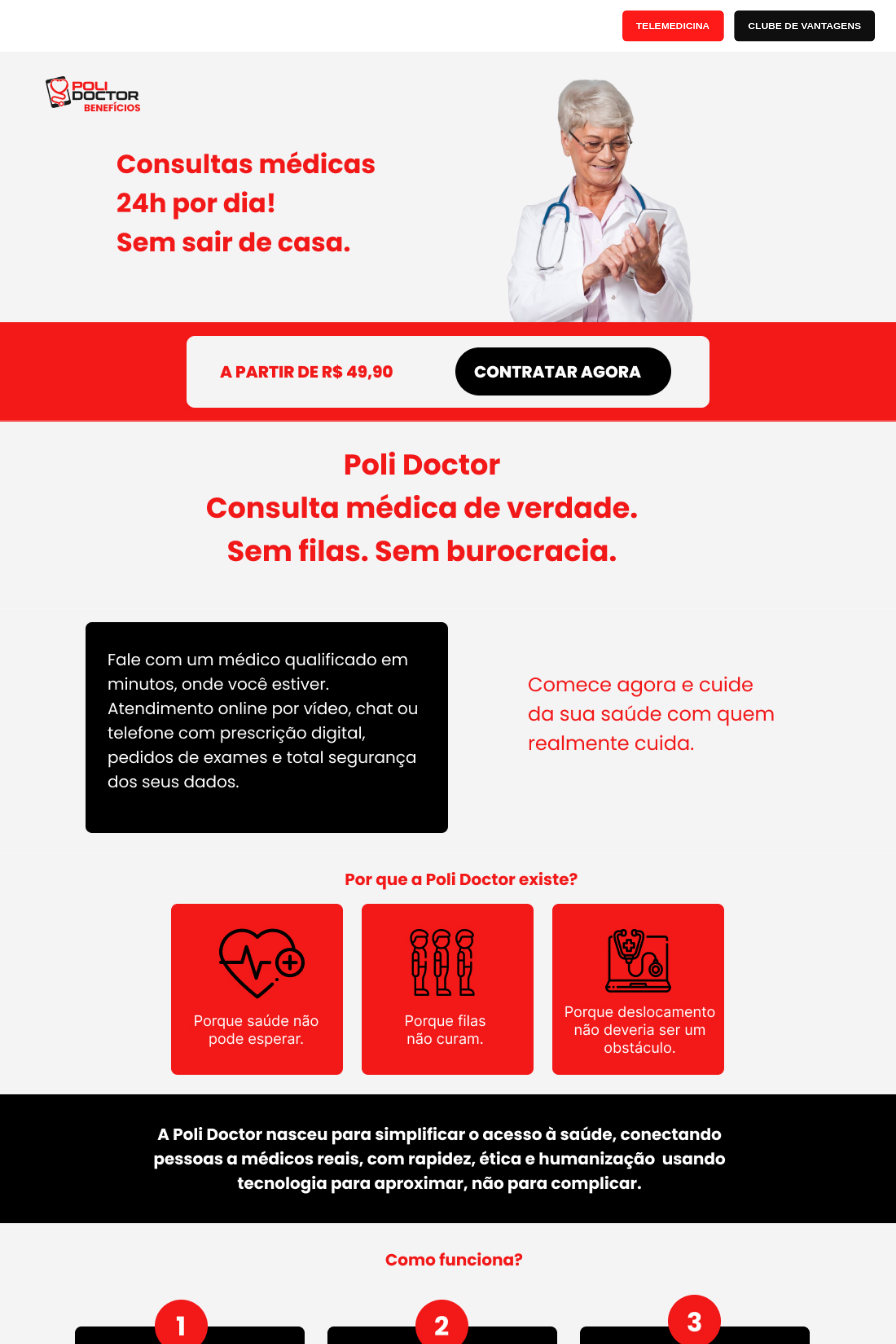
Repository: RenSkywalker/poli-doctor-landing
Page: index.html
The author's editor kept a copy of each file at every save. The page is drawn from the files as they stood at one save, then again after the next save.
The browser window is 1280 px wide. The pictures show the part of the page from y = 0 to 1920 px (the page is 5202 px tall before and 5155 px after), at 70% of full size.

Above is the page before, as saved 2026-02-12 01:49:13.

### index.html
<!DOCTYPE html>
<html lang="pt-BR">
<head>
  <meta charset="UTF-8">
  <title>Poli Doctor | Consulta médica de verdade</title>
  <meta name="viewport" content="width=device-width, initial-scale=1.0">
  <meta name="description" content="Consulta médica de verdade. Sem filas. Sem burocracia. Atendimento humano, rápido e seguro.">

  <link rel="icon" href="favicon.ico">
  <link rel="stylesheet" href="css/style.css">
</head>

<body>

<!-- BARRA SUPERIOR -->
<div class="top-bar">
  <div class="top-bar-content">

    <a href="https://telemedicina.clubedoktormed.com.br/login"
       target="_blank"
       class="top-btn telemedicina">
       TELEMEDICINA
    </a>

    <a href="https://clubedoktormed.com.br/portal/cadastro-clubes?id_clube=410&page=convenios"
       target="_blank"
       class="top-btn clube">
       CLUBE DE VANTAGENS
    </a>

  </div>
</div>

<!-- HERO -->
<header class="hero">
  <div class="container hero-wrapper">

    <picture>
      <source srcset="assets/images/mobile/hero.png" media="(max-width: 768px)">
      <img src="assets/images/blocos/hero.jpeg"
           alt="Consultas médicas 24h por dia sem sair de casa"
           class="img-bloco">
    </picture>

    <a href="https://wa.me/5511949785121?text=Ol%C3%A1%20Polidoctor%2C%20quero%20contratar%20um%20plano.%20Pode%20me%20auxiliar%20com%20as%20op%C3%A7%C3%B5es%3F"
   target="_blank"
   class="hero-btn-link"
   aria-label="Contratar agora via WhatsApp">
</a>

  </div>
</header>

<!-- HEADLINE -->
<section>
  <div class="container">
    <picture>
      <source srcset="assets/images/mobile/headline.png" media="(max-width: 768px)">
      <img src="assets/images/blocos/headline.jpeg"
           alt="Consulta médica de verdade sem filas e sem burocracia"
           class="img-bloco">
    </picture>
  </div>
</section>

<!-- BLOCO INTRO -->
<section>
  <div class="container">
    <picture>
      <source srcset="assets/images/mobile/intro-box.png" media="(max-width: 768px)">
      <img src="assets/images/blocos/intro-box.jpeg"
           alt="Fale com um médico qualificado em minutos"
           class="img-bloco">
    </picture>
  </div>
</section>

<!-- POR QUE EXISTE -->
<section>
  <div class="container">
    <picture>
      <source srcset="assets/images/mobile/porque-existe.png" media="(max-width: 768px)">
      <img src="assets/images/blocos/porque-existe.jpeg"
           alt="Por que a Poli Doctor existe"
           class="img-bloco">
    </picture>
  </div>
</section>

<section>
  <div class="container">
    <picture>
      <source srcset="assets/images/mobile/porque-texto.png" media="(max-width: 768px)">
      <img src="assets/images/blocos/porque-texto.jpeg"
           alt="A Poli Doctor nasceu para simplificar o acesso à saúde"
           class="img-bloco">
    </picture>
  </div>
</section>

<!-- COMO FUNCIONA -->
<section id="como-funciona">
  <div class="container">
    <picture>
      <source srcset="assets/images/mobile/como-funciona.png" media="(max-width: 768px)">
      <img src="assets/images/blocos/como-funciona.jpeg"
           alt="Como funciona a Poli Doctor"
           class="img-bloco">
    </picture>
  </div>
</section>

<!-- SEGURANÇA -->
<section class="seguranca">
  <div class="container">
    <picture>
      <source srcset="assets/images/mobile/seguranca.png" media="(max-width: 768px)">
      <img src="assets/images/blocos/seguranca.jpeg"
           alt="Segurança, privacidade e LGPD"
           class="img-bloco">
    </picture>
  </div>
</section>

<!-- CONTEXTO -->
<section class="imagem-contexto">
  <div class="container">
    <picture>
      <source srcset="assets/images/mobile/contexto.png" media="(max-width: 768px)">
      <img src="assets/images/blocos/contexto.jpeg"
           alt="Saúde moderna simples e acessível"
           class="img-bloco">
    </picture>
  </div>
</section>

<!-- PLANOS -->
<section id="planos" class="planos">
  <div class="container planos-wrapper">

    <picture>
      <source srcset="assets/images/mobile/planos-header.png" media="(max-width: 768px)">
      <img src="assets/images/blocos/planos-header.jpeg"
           alt="Planos Poli Doctor"
           class="img-bloco">
    </picture>

    <!-- BOTÕES -->
    <a href="https://wa.me/5511949785121?text=Ol%C3%A1%2C%20equipe%20da%20Poli%20Doctor.%0A%0ATenho%20interesse%20em%20contratar%20o%20plano%20individual%20com%20atendimento%20em%20psicologia%20e%20gostaria%20de%20receber%20mais%20informa%C3%A7%C3%B5es%20sobre%20valores%2C%20quantidade%20de%20sess%C3%B5es%20inclu%C3%ADdas%2C%20como%20funcionam%20os%20agendamentos%20e%20o%20prazo%20de%20ativa%C3%A7%C3%A3o.%0A%0ATamb%C3%A9m%20gostaria%20de%20confirmar%20se%20o%20plano%20contempla%20consultas%20m%C3%A9dicas%2C%20receitas%2C%20atestados%20e%20demais%20benef%C3%ADcios%20digitais.%0A%0APoderiam%20me%20orientar%20sobre%20as%20op%C3%A7%C3%B5es%20dispon%C3%ADveis%20e%20os%20pr%C3%B3ximos%20passos%20para%20contrata%C3%A7%C3%A3o%3F%0A%0AFico%20no%20aguardo.%20Obrigado%21"
target="_blank"
class="plano-link plano-1">
</a>
    <a href="https://wa.me/5511949785121?text=Ol%C3%A1%2C%20equipe%20da%20Poli%20Doctor.%0A%0ATenho%20interesse%20em%20contratar%20o%20plano%20Premium%20e%20gostaria%20de%20receber%20informa%C3%A7%C3%B5es%20detalhadas%20sobre%3A%0A%0A%E2%80%93%20Benef%C3%ADcios%20e%20diferenciais%20do%20plano%0A%E2%80%93%20Cobertura%20m%C3%A9dica%20e%20especialidades%20inclu%C3%ADdas%0A%E2%80%93%20Atendimento%20psicol%C3%B3gico%20%28se%20incluso%29%0A%E2%80%93%20Valores%20e%20condi%C3%A7%C3%B5es%20de%20pagamento%0A%E2%80%93%20Prazo%20de%20ativa%C3%A7%C3%A3o%0A%0APoderiam%20me%20orientar%20sobre%20as%20op%C3%A7%C3%B5es%20dispon%C3%ADveis%20e%20os%20pr%C3%B3ximos%20passos%20para%20contrata%C3%A7%C3%A3o%3F%0A%0AFico%20no%20aguardo.%20Obrigado%21"
target="_blank"
class="plano-link plano-2">
</a>
    <a href="https://wa.me/5511949785121?text=Ol%C3%A1%2C%20equipe%20da%20Poli%20Doctor.%0A%0ATenho%20interesse%20em%20contratar%20o%20plano%20fam%C3%ADlia%20de%20telemedicina%20e%20gostaria%20de%20entender%20melhor%20como%20funciona%20a%20cobertura%20para%20dependentes%2C%20valores%2C%20benef%C3%ADcios%20inclu%C3%ADdos%20%28consultas%2C%20receitas%2C%20atestados%20e%20encaminhamentos%29%20e%20prazo%20de%20ativa%C3%A7%C3%A3o.%0A%0APoderiam%20me%20orientar%20sobre%20as%20op%C3%A7%C3%B5es%20dispon%C3%ADveis%20e%20os%20pr%C3%B3ximos%20passos%20para%20contrata%C3%A7%C3%A3o%3F%0A%0AFico%20no%20aguardo.%20Obrigado%21"
target="_blank"
class="plano-link plano-3">
</a>

    <a href="https://wa.me/5511949785121?text=Ol%C3%A1%2C%20equipe%20da%20Poli%20Doctor.%0A%0ATenho%20interesse%20em%20contratar%20o%20plano%20individual%20com%20atendimento%20em%20psicologia%20e%20gostaria%20de%20receber%20mais%20informa%C3%A7%C3%B5es%20sobre%20valores%2C%20quantidade%20de%20sess%C3%B5es%20inclu%C3%ADdas%2C%20como%20funcionam%20os%20agendamentos%20e%20o%20prazo%20de%20ativa%C3%A7%C3%A3o.%0A%0ATamb%C3%A9m%20gostaria%20de%20confirmar%20se%20o%20plano%20contempla%20consultas%20m%C3%A9dicas%2C%20receitas%2C%20atestados%20e%20demais%20benef%C3%ADcios%20digitais.%0A%0APoderiam%20me%20orientar%20sobre%20as%20op%C3%A7%C3%B5es%20dispon%C3%ADveis%20e%20os%20pr%C3%B3ximos%20passos%20para%20contrata%C3%A7%C3%A3o%3F%0A%0AFico%20no%20aguardo.%20Obrigado%21"
target="_blank"
class="plano-link plano-5">
</a>
    <a href="https://wa.me/5511949785121?text=Ol%C3%A1%2C%20equipe%20da%20Poli%20Doctor.%0A%0ATenho%20interesse%20em%20contratar%20o%20plano%20Premium%20e%20gostaria%20de%20receber%20informa%C3%A7%C3%B5es%20detalhadas%20sobre%3A%0A%0A%E2%80%93%20Benef%C3%ADcios%20e%20diferenciais%20do%20plano%0A%E2%80%93%20Cobertura%20m%C3%A9dica%20e%20especialidades%20inclu%C3%ADdas%0A%E2%80%93%20Atendimento%20psicol%C3%B3gico%20%28se%20incluso%29%0A%E2%80%93%20Valores%20e%20condi%C3%A7%C3%B5es%20de%20pagamento%0A%E2%80%93%20Prazo%20de%20ativa%C3%A7%C3%A3o%0A%0APoderiam%20me%20orientar%20sobre%20as%20op%C3%A7%C3%B5es%20dispon%C3%ADveis%20e%20os%20pr%C3%B3ximos%20passos%20para%20contrata%C3%A7%C3%A3o%3F%0A%0AFico%20no%20aguardo.%20Obrigado%21"
target="_blank"
class="plano-link plano-6">
</a>
    <a href="https://wa.me/5511949785121?text=Ol%C3%A1%2C%20equipe%20da%20Poli%20Doctor.%0A%0ATenho%20interesse%20em%20contratar%20o%20plano%20fam%C3%ADlia%20de%20telemedicina%20e%20gostaria%20de%20entender%20melhor%20como%20funciona%20a%20cobertura%20para%20dependentes%2C%20valores%2C%20benef%C3%ADcios%20inclu%C3%ADdos%20%28consultas%2C%20receitas%2C%20atestados%20e%20encaminhamentos%29%20e%20prazo%20de%20ativa%C3%A7%C3%A3o.%0A%0APoderiam%20me%20orientar%20sobre%20as%20op%C3%A7%C3%B5es%20dispon%C3%ADveis%20e%20os%20pr%C3%B3ximos%20passos%20para%20contrata%C3%A7%C3%A3o%3F%0A%0AFico%20no%20aguardo.%20Obrigado%21"
target="_blank"
class="plano-link plano-7">
</a>
    <a href="https://wa.me/5511949785121?text=Ol%C3%A1%2C%20equipe%20da%20Poli%20Doctor.%0A%0ATenho%20interesse%20em%20contratar%20o%20plano%20fam%C3%ADlia%20com%20atendimento%20em%20psicologia%20e%20gostaria%20de%20receber%20mais%20informa%C3%A7%C3%B5es%20sobre%3A%0A%0A%E2%80%93%20Valores%20e%20n%C3%BAmero%20de%20dependentes%20inclusos%0A%E2%80%93%20Quantidade%20de%20sess%C3%B5es%20de%20psicologia%20por%20pessoa%0A%E2%80%93%20Cobertura%20m%C3%A9dica%20%28consultas%2C%20receitas%2C%20atestados%20e%20encaminhamentos%29%0A%E2%80%93%20Prazo%20e%20forma%20de%20ativa%C3%A7%C3%A3o%0A%0APoderiam%20me%20orientar%20sobre%20as%20op%C3%A7%C3%B5es%20dispon%C3%ADveis%20e%20os%20pr%C3%B3ximos%20passos%20para%20contrata%C3%A7%C3%A3o%3F%0A%0AFico%20no%20aguardo.%20Obrigado%21"
target="_blank"
class="plano-link plano-4">
</a>

  </div>
</section>

<!-- CTA FINAL -->
<section class="cta-final">
  <div class="container">
    <picture>
      <source srcset="assets/images/mobile/cta-final.png" media="(max-width: 768px)">
      <img src="assets/images/blocos/cta-final.jpeg"
           alt="Sua saúde não pode esperar"
           class="img-bloco">
    </picture>
  </div>
</section>

<section class="cta-final">
  <div class="container cta2-wrapper">

    <picture>
      <source srcset="assets/images/mobile/cta-final2.png" media="(max-width: 768px)">
      <img src="assets/images/blocos/cta-final2.jpeg"
           alt="Contratar agora"
           class="img-bloco">
    </picture>

    <a href="https://wa.me/5511949785121?text=Ol%C3%A1%20Polidoctor%2C%20quero%20contratar%20um%20plano.%20Pode%20me%20auxiliar%20com%20as%20op%C3%A7%C3%B5es%3F"
   target="_blank"
   class="cta-btn-link"
   aria-label="Contratar agora via WhatsApp">
</a>

  </div>
</section>

<!-- FOOTER -->
<footer>
  <img src="assets/images/logo-principal.png" alt="Poli Doctor" class="logo-footer">

  <p>
    © 2026 Poli Doctor. Todos os direitos reservados.
    Desenvolvido por
    <a href="https://renancursi79.wixsite.com/infinitx" target="_blank">Infinitx</a>
  </p>

  <a href="politica-de-privacidade.html">Política de Privacidade</a> |
  <a href="termos-de-uso.html">Termos de Uso</a>

  <small>Este serviço não substitui atendimento presencial em casos de emergência.</small>
</footer>

<script src="js/main.js"></script>
</body>
</html>

### css/style.css
html {
  scroll-behavior: smooth;
}

:root {
  --vermelho: #ff1a1a;
  --preto: #0f0f0f;
  --cinza-escuro: #1c1c1c;
  --cinza-claro: #fafafa;
  --branco: #ffffff;
}

/* RESET */
* {
  margin: 0;
  padding: 0;
  box-sizing: border-box;
  font-family: Arial, Helvetica, sans-serif;
}

body {
  background: var(--branco);
  color: var(--preto);
  line-height: 1.7;
  position: relative;
}

/* CONTAINER */
.container {
  max-width: none;
  padding: 0;
}

/* ================= HERO =================
.hero {
  background: var(--preto);
  color: var(--branco);
  text-align: center;
  position: relative;
}

.logo-topo {
  max-width: 240px;
  margin-bottom: 35px;
}

.hero h1 {
  font-size: 2.7rem;
  margin-bottom: 20px;
}

.hero p {
  max-width: 820px;
  margin: 0 auto 20px;
  font-size: 1.1rem;
  line-height: 1.8;
}
  */

/* BOTÕES */
.hero-buttons {
  display: flex;
  justify-content: center;
  gap: 18px;
  margin-top: 35px;
}

.btn {
  padding: 15px 30px;
  border-radius: 8px;
  font-weight: bold;
  text-decoration: none;
  transition: 0.3s;
  margin-top: 20px;
}

.primary {
  background: var(--vermelho);
  color: var(--branco);
}

.primary:hover {
  transform: translateY(-2px);
  opacity: 0.9;
}

.outline {
  border: 2px solid var(--branco);
  color: var(--branco);
}


.imagem-grid {
  display: grid;
  grid-template-columns: repeat(auto-fit, minmax(280px, 1fr));
  gap: 30px;
  align-items: center;
}

.imagem-grid img {
  border-radius: 14px;
  box-shadow: 0 15px 40px rgba(0,0,0,0.1);
  width: 100%;
  max-height: 360px;
  object-fit: cover;
}

.img-medico {
  width: 60%;
  justify-self: center;
}

.img-telemedicina {
  width: 100%;
  justify-self: center;
}

/* ================= SEÇÕES GERAIS ================= */
section p {
  max-width: 850px;
  margin: 0 auto 12px;
  font-size: 1.25rem;
  color: #222;
  text-align: center;
  font-weight: 400;
}

.text-destaque {
  font-size: 1.15rem;
  font-weight: bold;
  margin: 30px 0;
  text-align: center;
}

/* TÍTULOS */
h2 {
  text-align: center;
  margin-bottom: 25px;
  font-size: 2.1rem;
}

h3 {
  margin-bottom: 10px;
}

/* ================= BENEFÍCIOS =================
.beneficios {
  background: #ffffff;
  border-top: 1px solid #ffffff;
  border-bottom: 1px solid #ffffff;
}

.beneficios ul {
  list-style: none;
  text-align: center;
}

.beneficios li {
  margin-bottom: 10px;
  font-weight: 500;
}
  */

/* ================= LISTAS ================= */
ul {
  margin: 25px 0;
  padding: 0;
}

li {
  margin-bottom: 8px;
}

/* ================= COMO FUNCIONA ================= */
.steps {
  display: flex;
  justify-content: space-around;
  gap: 30px;
}

.step {
  text-align: center;
}

.step span {
  background: var(--vermelho);
  color: var(--branco);
  width: 45px;
  height: 45px;
  display: inline-flex;
  align-items: center;
  justify-content: center;
  border-radius: 50%;
  margin-bottom: 10px;
  font-weight: bold;
}

/* ================= SEGURANÇA =================
.seguranca ul {
  list-style: none;
  text-align: center;
}

.seguranca li {
  margin-bottom: 10px;
}

.imagem-contexto {
  background: #ffffff;
  border-top: 1px solid #ffffff;
  border-bottom: 1px solid #ffffff;
}

.imagem-contexto-grid {
  display: grid;
  grid-template-columns: 1fr 1fr;
  gap: 40px;
  align-items: center;
}

.imagem-contexto img {
  width: 100%;
  border-radius: 14px;
  box-shadow: 0 15px 40px rgba(0,0,0,0.12);
}
  */

/* ================= PLANOS ================= */
.plano {
  border: 2px solid var(--vermelho);
  border-radius: 14px;
  padding: 40px 30px;
  text-align: center;
  background: var(--branco);
  margin: 40px 0;
  transition: 0.3s;
}

.plano:hover {
  transform: translateY(-4px);
}

.plano.destaque {
  border: 2px solid var(--vermelho);
}

.preco {
  font-size: 1.7rem;
  color: var(--vermelho);
  margin: 20px 0;
}

.preco-antigo {
  display: block;
  font-size: 1rem;
  color: #999;
  text-decoration: line-through;
  margin-top: 5px;
}

.plano ul {
  list-style: none;
  margin-bottom: 20px;
}

.plano .btn {
  width: 100%;
  margin-top: 30px;
}

.plano p {
  margin-bottom: 18px;
}


/* ================= TABELA ================= */
table {
  width: 100%;
  border-collapse: collapse;
  margin-top: 35px;
  font-size: 0.95rem;
}

table th {
  background: var(--preto);
  color: var(--branco);
  padding: 14px;
}

table td {
  padding: 14px;
  text-align: center;
  border-bottom: 1px solid #eee;
}

table tr:nth-child(even) {
  background: #fafafa;
}

table tr:hover {
  background: #f1f1f1;
}

/* ================= CTA FINAL =================
.cta-final {
  background: var(--preto);
  color: var(--branco);
  text-align: center;
}

.cta-final p {
  margin-top: 20px;
  font-size: 1.05rem;
}

.large {
  font-size: 1.2rem;
}
  */

/* ================= FOOTER ================= */
footer {
  background: url("../assets/images/blocos/footer-bg.jpeg") center / cover no-repeat;
  color: var(--branco);
  text-align: center;
  padding: 50px 20px;
}

.logo-footer {
  max-width: 160px;
  margin-bottom: 15px;
}

footer a {
  color: var(--branco);
  margin: 0 5px;
  text-decoration: none;
}

footer small {
  display: block;
  margin-top: 12px;
  font-size: 0.85rem;
}

.tabela-wrapper {
  width: 100%;
  overflow-x: auto;
  -webkit-overflow-scrolling: touch;
  margin-top: 30px;
}

.tabela-wrapper table {
  min-width: 600px;
}

/* ================= IMAGENS DE BLOCO ================= */
.img-bloco {
  display: block;
  width: 100%;
  max-width: 100%;
  height: auto;
  margin: 0;
  border-radius: 0;
}

.hero-wrapper {
  position: relative;
}

.hero-btn-link {
  position: absolute;
  /* ajuste fino aqui */
  left: 51%;
  top: 79%;
  width: 25%;
  height: 15%;
  cursor: pointer;
}

.cta2-wrapper {
  position: relative;
}

.cta-btn-link {
  position: absolute;
  /* ajuste fino aqui */
  left: 58%;
  top: 15%;
  width: 37%;
  height: 36%;
  cursor: pointer;
}

/* ================= PLANOS - BOTÕES INVISÍVEIS ================= */

.planos-wrapper {
  position: relative;
}

.plano-link {
  position: absolute;
  cursor: pointer;
}

/* 🔴 LINHA SUPERIOR (4 planos) */
.plano-1 {
  left: 9%;
  top: 73%;
  width: 19%;
  height: 6%;
}

.plano-2 {
  left: 30%;
  top: 73%;
  width: 19%;
  height: 6%;
}

.plano-3 {
  left: 51%;
  top: 73%;
  width: 20%;
  height: 6%;
}

.plano-4 {
  left: 72%;
  top: 86%;
  width: 22%;
  height: 13%;
}

/* 🔴 LINHA INFERIOR (CTAs) */
.plano-5 {
  left: 7%;
  top: 86%;
  width: 22%;
  height: 13%;
}

.plano-6 {
  left: 30%;
  top: 85%;
  width: 20%;
  height: 14%;
}

.plano-7 {
  left: 51%;
  top: 85%;
  width: 20%;
  height: 14%;
}

html, body {
  width: 100%;
  overflow-x: hidden;
}

/* ================= BOTÕES SUPERIORES FIXOS ================= */

/* ================= BARRA SUPERIOR ================= */

.top-bar {
  width: 100%;
  background: #ffffff;
  padding: 15px 30px;
  display: flex;
  justify-content: flex-end;
}

.top-bar-content {
  display: flex;
  gap: 15px;
}

.top-btn {
  padding: 10px 20px;
  font-weight: bold;
  text-decoration: none;
  border-radius: 6px;
  font-size: 14px;
  transition: 0.3s ease;
}

/* TELEMEDICINA */
.telemedicina {
  background: var(--vermelho);
  color: #fff;
}

.telemedicina:hover {
  opacity: 0.85;
}

/* CLUBE */
.clube {
  background: var(--preto);
  color: #fff;
}

.clube:hover {
  opacity: 0.85;
}


/* ================= MOBILE ================= */
@media (max-width: 768px) {

 /* remove qualquer limitação de layout */
  section,
  header,
  .container,
  .imagem-contexto-grid {
    display: block !important;
    width: 100vw !important;
    max-width: 100vw !important;
    padding: 0 !important;
    margin: 0 !important;
  }

  /* TODAS as imagens crescem */
  picture,
  picture img,
  .img-bloco {
    width: 100vw !important;
    max-width: 100vw !important;
    height: auto !important;
    display: block;
  }

  .top-bar {
  padding: 10px 15px;
}

.top-bar-content {
  flex-direction: column;
  align-items: flex-end;
}

.top-btn {
  font-size: 12px;
  padding: 8px 14px;
 }
}

### js/main.js
// JS simples apenas para evolução futura
console.log("Poli Doctor carregado com sucesso!");

After the next save:
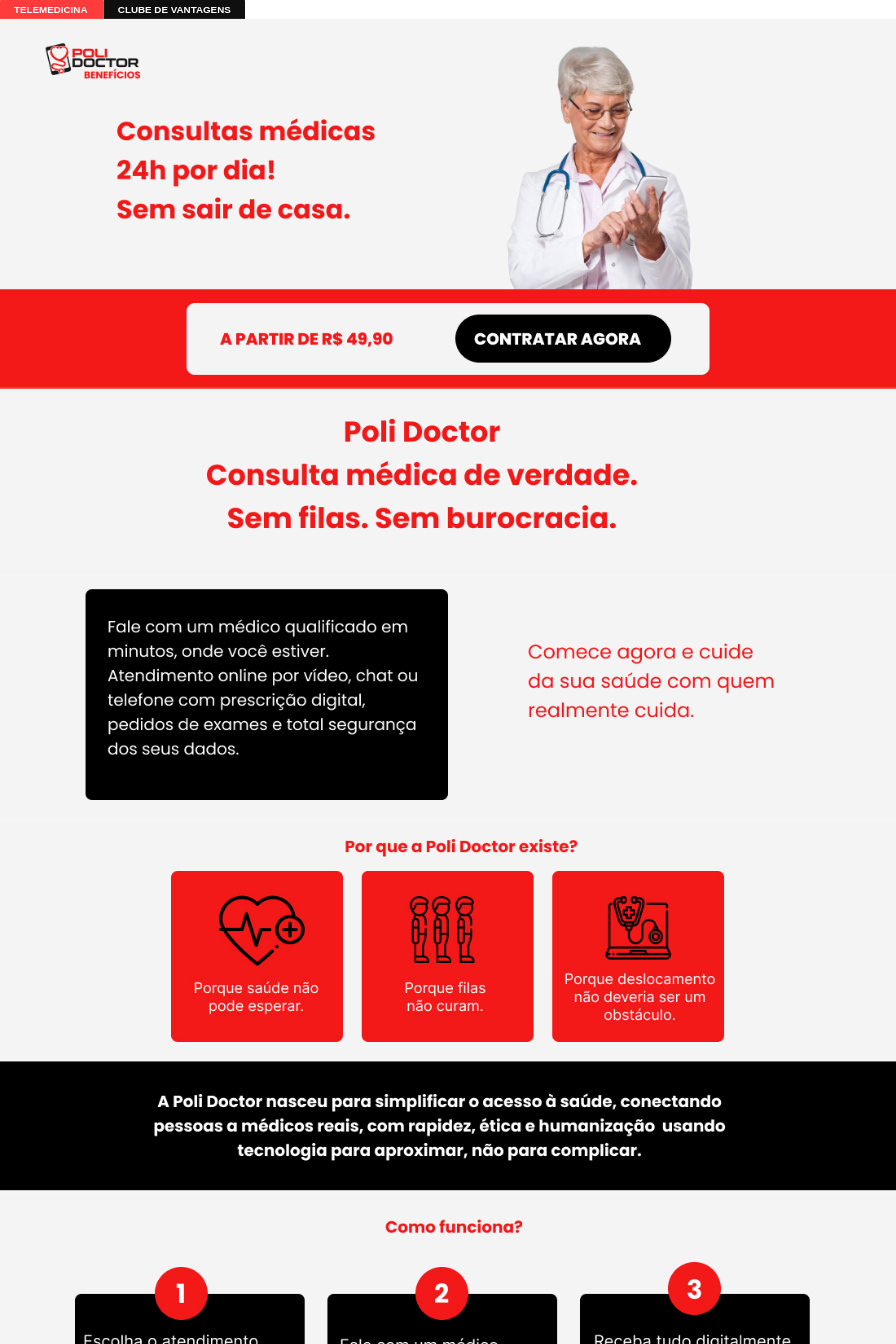
Saved 53 s later.
--- a/index.html
+++ b/index.html
@@ -12,23 +12,21 @@
 
 <body>
 
-<!-- BARRA SUPERIOR -->
-<div class="top-bar">
-  <div class="top-bar-content">
-
-    <a href="https://telemedicina.clubedoktormed.com.br/login"
-       target="_blank"
-       class="top-btn telemedicina">
-       TELEMEDICINA
-    </a>
-
-    <a href="https://clubedoktormed.com.br/portal/cadastro-clubes?id_clube=410&page=convenios"
-       target="_blank"
-       class="top-btn clube">
-       CLUBE DE VANTAGENS
-    </a>
-
-  </div>
+<!-- BOTÕES FIXOS SUPERIOR DIREITO -->
+<div class="top-fixed-buttons">
+
+  <a href="https://telemedicina.clubedoktormed.com.br/login"
+     target="_blank"
+     class="top-btn telemedicina">
+     TELEMEDICINA
+  </a>
+
+  <a href="https://clubedoktormed.com.br/portal/cadastro-clubes?id_clube=410&page=convenios"
+     target="_blank"
+     class="top-btn clube">
+     CLUBE DE VANTAGENS
+  </a>
+
 </div>
 
 <!-- HERO -->
